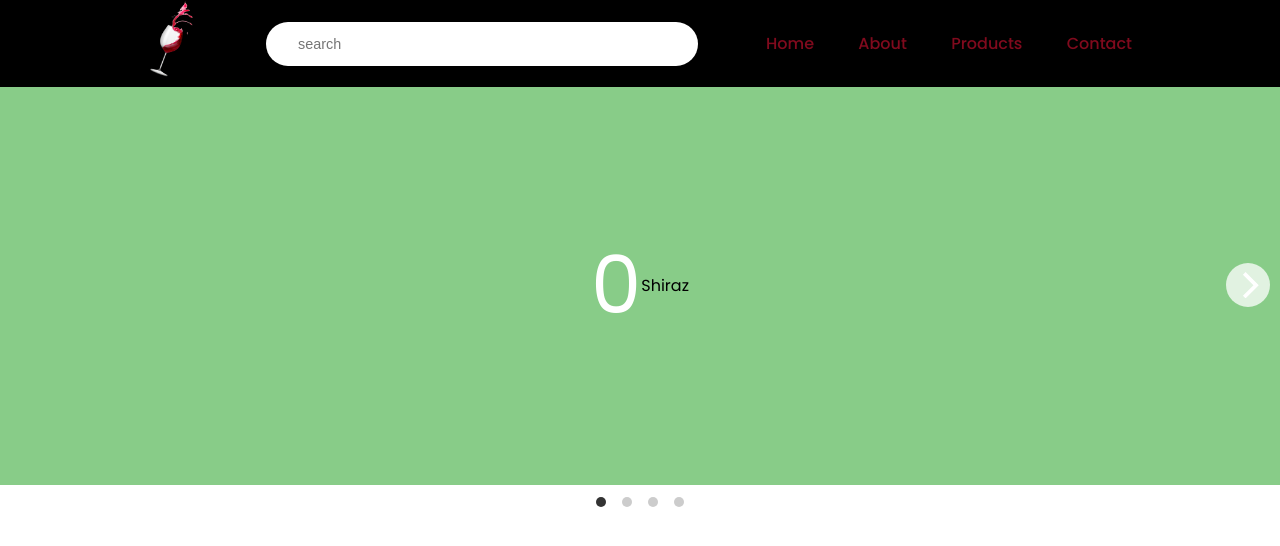
Repository: vncntxl/assesment3
Page: index.html
An editor plug-in stored every save of this project. The page is shown before and after the next save, followed by the edit.
The browser window is 1280 px wide. The pictures show the whole page.
Some icons come from a web library that is not loaded, so they are not drawn.

Above is the page before, as saved 2024-08-21 17:48:08.

After the next save:
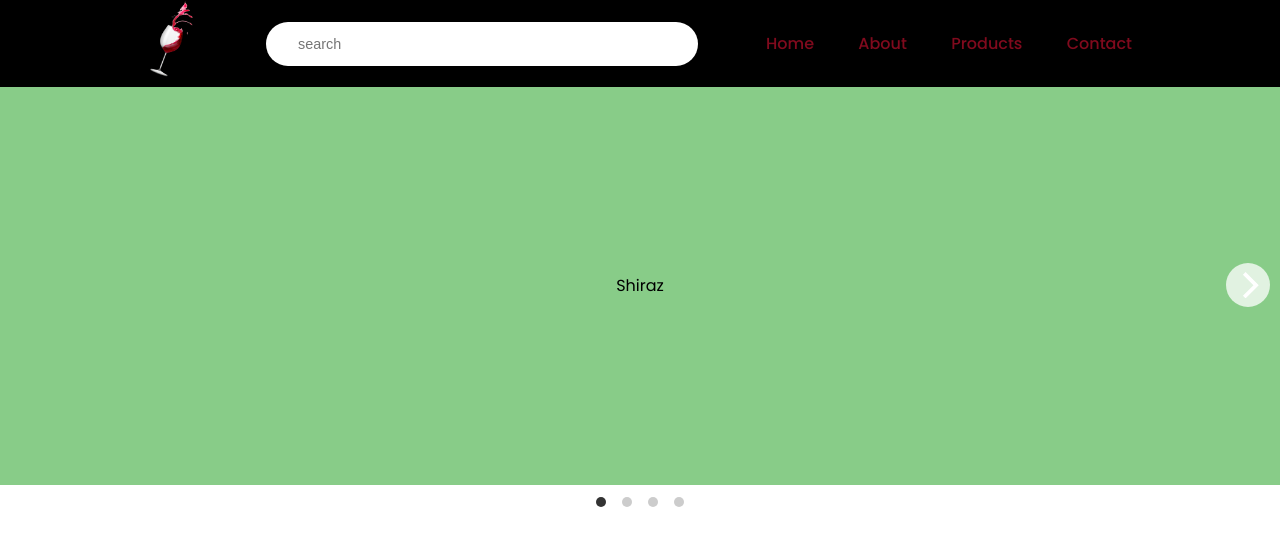
Saved 20 s later.
--- a/styles.css
+++ b/styles.css
@@ -84,7 +84,6 @@ nav li a {
   .carousel-cell:before {
     display: block;
     text-align: center;
-    content: counter(gallery-cell);
     line-height: 200px;
     font-size: 80px;
     color: white;
